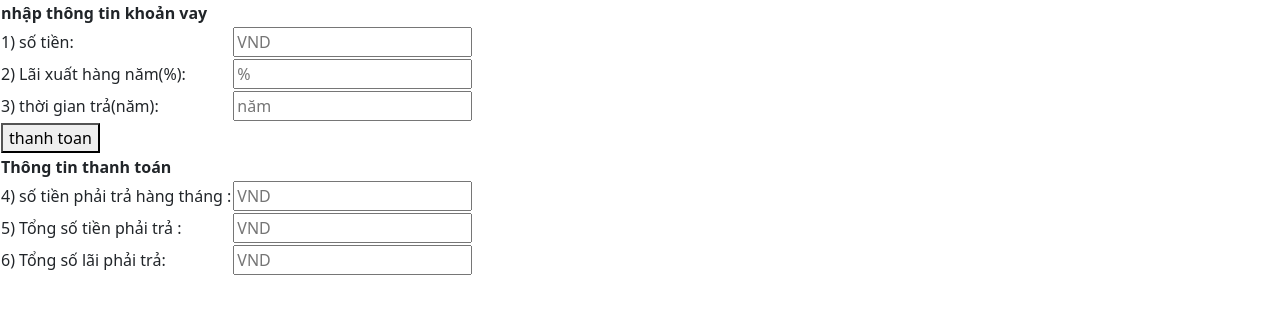
Repository: Lehuyhuynh/DOM
Page: BT2/index.html
These files come from the project's save history. The page is drawn as it stood at one moment and after the next save; the edit follows.
The browser window is 1280 px wide. The pictures show the whole page.

Above is the page before, as saved 2023-09-07 21:00:44.

After the next save:
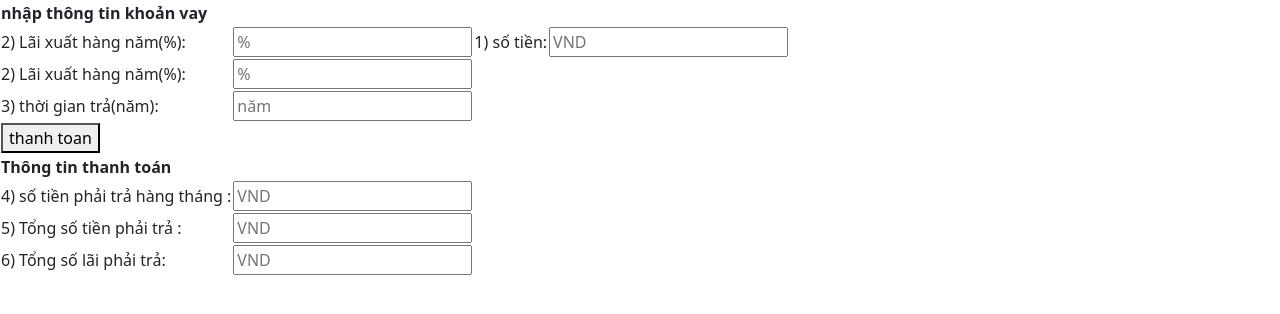
Saved 3 min 52 s later.
--- a/BT2/index.html
+++ b/BT2/index.html
@@ -16,6 +16,8 @@
         <th colspan="1"></th>
       </tr>
       <tr>
+        <td><label for="years">2) Lãi xuất hàng năm(%):</label></td>
+        <td><input type="text" id="years" name="years" placeholder="%"></td>
         <td> <label for="money">1) số tiền:</label></td>
         <td><input type="text" id="money" name="money" placeholder="VND"></td>
       </tr>
